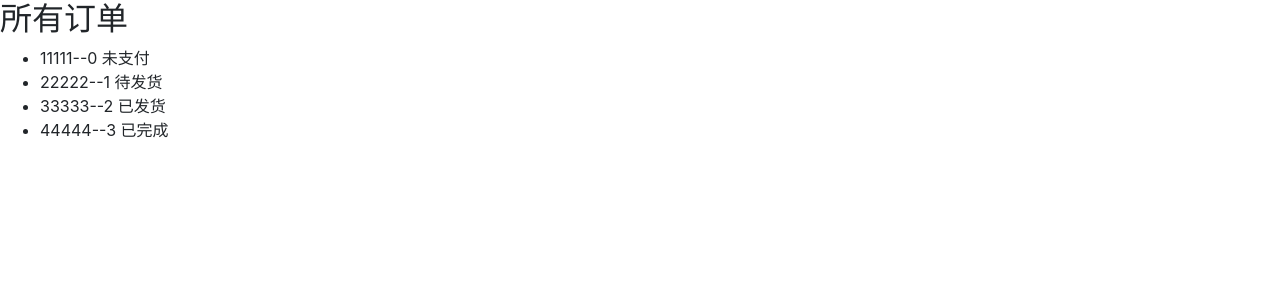
Repository: zenghao518518/Vue
Page: 3-条件渲染/条件渲染.html
These files come from the project's save history. The page is drawn as it stood at one moment and after the next save; the edit follows.
The browser window is 1280 px wide. The pictures show the whole page.

Above is the page before, as saved 2023-08-14 14:08:13.

After the next save:
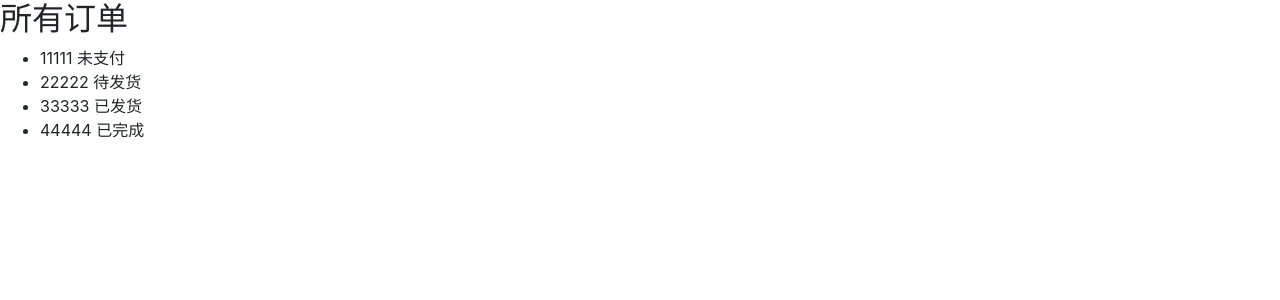
Saved 106 s later.
--- a/3-条件渲染/条件渲染.html
+++ b/3-条件渲染/条件渲染.html
@@ -26,8 +26,8 @@
         <h2>所有订单</h2>
         <ul>
             <li v-for='item in datalist'>
-                {{item.title}}--{{item.state}}
-
+                <!-- {{item.title}}--{{item.state}} -->
+                {{item.title}}
                 <span v-if="item.state===0">未支付</span>
                 <span v-else-if="item.state===1">待发货</span>
                 <span v-else-if="item.state===2">已发货</span>
